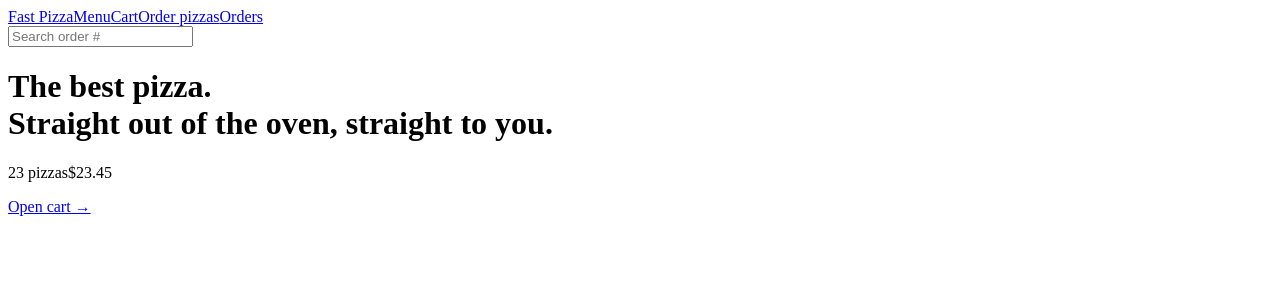
Repository: islamsaeedDev/ecommerce-cash-on-deliver-pizza-store
Page: /
These files come from the project's save history. The page is drawn as it stood at one moment and after the next save; the edit follows.
The browser window is 1280 px wide. The pictures show the whole page.
The project was rebuilt for these pictures with package versions that can differ from the ones it lists, and the page was loaded fresh each time. Also part of the build but not shown: vite.config.js, src/ui/Error.jsx, src/services/apiRestaurant.js, src/utils/helpers.js, src/features/menu/MenuItem.jsx, src/features/menu/Menu.jsx, src/features/cart/Cart.jsx, src/features/order/Order.jsx and 1 more. Imported but missing from the stored project, and not drawn on this page: src/features/order/CreateOrder.

Above is the page before, as saved 2025-10-21 17:20:31.

### src/App.jsx
import { createBrowserRouter, RouterProvider } from "react-router-dom";
import Home from "./ui/Home";
import Error from "./ui/Error";
import Menu, { loader as menuLoader } from "./features/menu/Menu";

import Cart from "./features/cart/Cart";
import CreateOrder, {
  action as createOrderAction,
} from "./features/order/CreateOrder";
import Order, { loader as orderLoader } from "./features/order/Order";
import AppLayout from "./ui/AppLayout";

const router = createBrowserRouter([
  {
    element: <AppLayout />,
    errorElement: <Error />,
    children: [
      {
        path: "/",
        element: <Home />,
      },
      {
        path: "/menu",
        element: <Menu />,
        loader: menuLoader,
        errorElement: <Error />,
      },
      { path: "/cart", element: <Cart /> },
      {
        path: "/order/new",
        element: <CreateOrder />,
        action: createOrderAction,
      },
      {
        path: "/order/:orderId",
        element: <Order />,
        loader: orderLoader,
        errorElement: <Error />,
      },
    ],
  },
]);

function App() {
  return <RouterProvider router={router} />;
}

export default App;

### src/ui/Home.jsx
import SearchOrder from "../features/order/SearchOrder";

function Home() {
  return (
    <div>
      <SearchOrder />
      <h1>
        The best pizza.
        <br />
        Straight out of the oven, straight to you.
      </h1>
    </div>
  );
}

export default Home;

### src/ui/AppLayout.jsx
import { Outlet, useNavigation } from "react-router-dom";
import CartOverview from "../features/cart/CartOverview";
import Header from "./Header";
import Loader from "./Loader";

function AppLayout() {
  const navigation = useNavigation();

  const isLoading = navigation.state === "loading";

  return (
    <div className="layout">
      {isLoading && <Loader />}
      <Header />
      <main>
        <Outlet />
      </main>

      <CartOverview />
    </div>
  );
}

export default AppLayout;

### src/features/order/SearchOrder.jsx
import { useState } from "react";
import { useNavigate } from "react-router-dom";

function SearchOrder() {
  const [query, setQuery] = useState();
  const navigate = useNavigate();

  const handleSubmit = (e) => {
    e.preventDefault();
    if (!query) return;
    navigate(`/order/${query}`);
    setQuery("");
  };

  return (
    <form onSubmit={handleSubmit}>
      <input
        placeholder="Search order #"
        value={query}
        onChange={(e) => setQuery(e.target.value)}
      />
    </form>
  );
}

export default SearchOrder;

### src/ui/Header.jsx
import { Link } from "react-router-dom";

function Header() {
  return (
    <header>
      <Link to="/">Fast Pizza</Link>
      <Link to="/menu">Menu</Link>
      <Link to="/cart">Cart</Link>
      <Link to="/order/new">Order pizzas</Link>
      <Link to="/order">Orders</Link>
    </header>
  );
}

export default Header;

### src/index.css
@tailwind base;
@tailwind components;
@tailwind utilities;
/* body {
  font-family: system-ui, -apple-system, BlinkMacSystemFont, "Segoe UI", Roboto,
    Oxygen, Ubuntu, Cantarell, "Open Sans", "Helvetica Neue", sans-serif;
  background-color: #f7f7f7;
  color: #444;
}

.layout {
  display: grid;
  grid-template-rows: auto 1fr auto;
  gap: 32px;
  height: 100dvh;
} */

/* https://dev.to/afif/i-made-100-css-loaders-for-your-next-project-4eje */
.loader {
  width: 45px;
  aspect-ratio: 0.75;
  --c: no-repeat linear-gradient(#333 0 0);
  background: var(--c) 0% 50%, var(--c) 50% 50%, var(--c) 100% 50%;
  background-size: 20% 50%;
  animation: loading 1s infinite linear;
}

@keyframes loading {
  20% {
    background-position: 0% 0%, 50% 50%, 100% 50%;
  }
  40% {
    background-position: 0% 100%, 50% 0%, 100% 50%;
  }
  60% {
    background-position: 0% 50%, 50% 100%, 100% 0%;
  }
  80% {
    background-position: 0% 50%, 50% 50%, 100% 100%;
  }
}

Loaded but not shown: index.html (common file); src/main.jsx (common file); src/features/cart/CartOverview.jsx (common file)

After the next save:
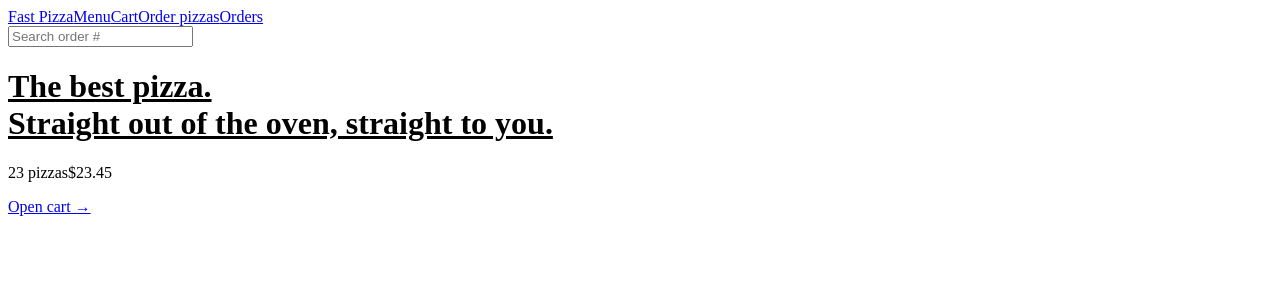
Saved 103 s later.
--- a/src/ui/Home.jsx
+++ b/src/ui/Home.jsx
@@ -4,7 +4,7 @@ function Home() {
   return (
     <div>
       <SearchOrder />
-      <h1>
+      <h1 className="text-3xl font-bold underline">
         The best pizza.
         <br />
         Straight out of the oven, straight to you.
